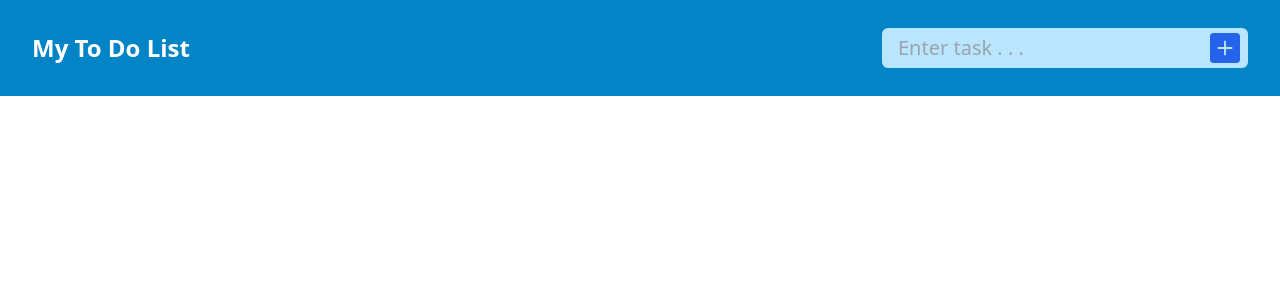
Repository: SaadYasin/react-to-do-list
Page: /
These files come from the project's save history. The page is drawn as it stood at one moment and after the next save; the edit follows.
The browser window is 1280 px wide. The pictures show the whole page.
The project was rebuilt for these pictures with package versions that can differ from the ones it lists, and the page was loaded fresh each time. Also part of the build but not shown: src/App.css.

Above is the page before, as saved 2022-11-09 20:25:31.

### public/index.html
<!DOCTYPE html>
<html lang="en">
  <head>
    <meta charset="utf-8" />
    <link rel="icon" href="%PUBLIC_URL%/favicon.ico" />
    <meta name="viewport" content="width=device-width, initial-scale=1" />
    <meta name="theme-color" content="#000000" />
    <meta
      name="description"
      content="Web site created using create-react-app"
    />
    <link rel="apple-touch-icon" href="%PUBLIC_URL%/logo192.png" />

    <link rel="manifest" href="%PUBLIC_URL%/manifest.json" />

    <title>React | To Do List</title>
  </head>
  <body>
    <noscript>You need to enable JavaScript to run this app.</noscript>
    <div id="root"></div>

  </body>
</html>

### src/App.js
import Header from './components/Header';
import './App.css';

function App() {
  return (
    <div>
      <Header />
    </div>
  );
}

export default App;

### src/components/Header.js
import React from 'react'
import Input from './Input'

const Header = () => {
  return (
    <div className="flex flex-col items-center md:flex-row md:justify-between h-24 bg-sky-600 px-8">
      <h1 className="text-2xl font-bold text-white my-2">My To Do List</h1>
      <Input />
    </div>
  );
}

export default Header

### src/components/Input.js
import React from "react";
import { BsFillPlusSquareFill } from "react-icons/bs";

const Input = () => {
  return (
    <div>
      <form className="flex h-10 bg-sky-200 rounded-md">
        <input
          type="text"
          placeholder="Enter task . . ."
          className="text-xl bg-transparent text-white px-4 w-80 outline-none"
        />
        <button className="text-3xl text-blue-600 px-2" type="submit">
          <BsFillPlusSquareFill />
        </button>
      </form>
    </div>
  );
};

export default Input;

Loaded but not shown: src/index.js (common file); src/index.css (common file); tailwind.config.js (common file)

After the next save:
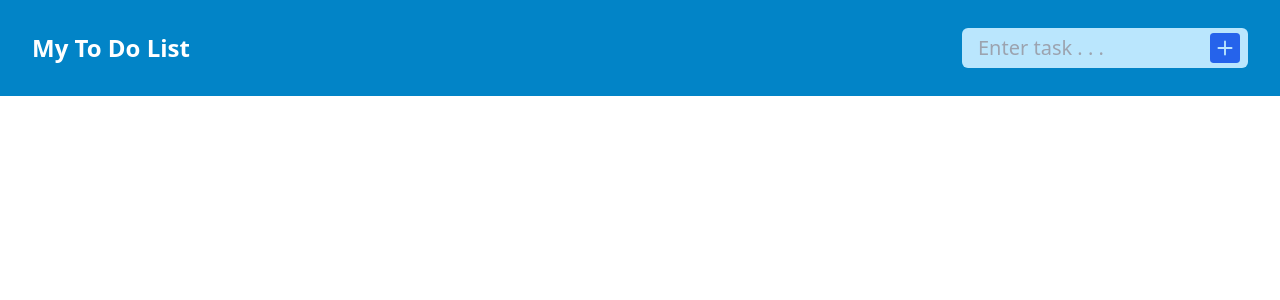
Saved 2 min 11 s later.
--- a/src/components/Input.js
+++ b/src/components/Input.js
@@ -8,7 +8,7 @@
         <input
           type="text"
           placeholder="Enter task . . ."
-          className="text-xl bg-transparent text-white px-4 w-80 outline-none"
+          className="text-xl bg-transparent text-white px-4 w-60 outline-none"
         />
         <button className="text-3xl text-blue-600 px-2" type="submit">
           <BsFillPlusSquareFill />
